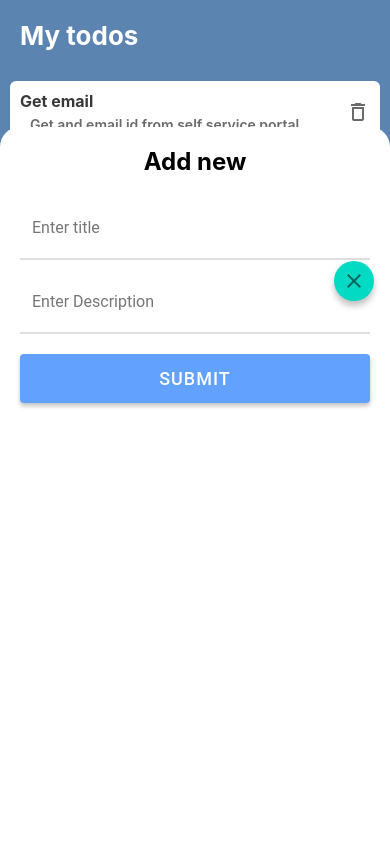
Repository: sadarsh216/Todo-App
Page: /, after clicking the first element matching `button.css-view-175oi2r`
An editor plug-in stored every save of this project. The page is shown before and after the next save, followed by the edit.
The browser window is 390 px wide. The pictures show the whole page.
The app was drawn by React Native's web renderer in a window 390 px wide. The project was rebuilt for these pictures with package versions that can differ from the ones it lists, and the page was loaded fresh each time.

Above is the page before, as saved 2021-10-09 14:47:11.

After the next save:
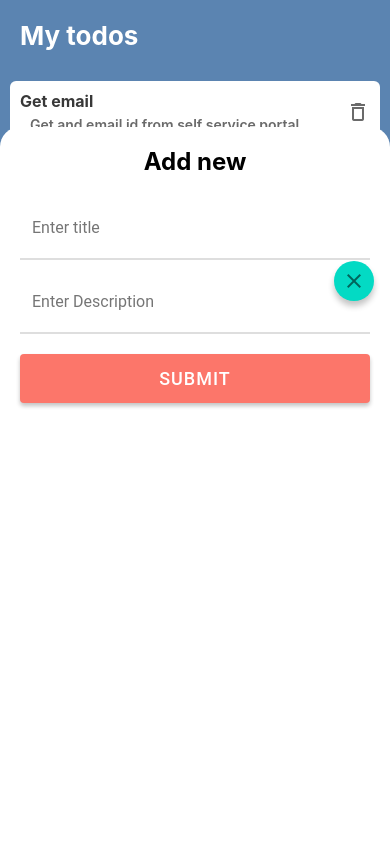
Saved 14 s later.
--- a/components/Modal.tsx
+++ b/components/Modal.tsx
@@ -2,6 +2,7 @@ import { Formik } from "formik";
 import React from "react";
 import { View, Text, StyleSheet, TouchableWithoutFeedback } from "react-native";
 import { Button, TextInput } from "react-native-paper";
+import { COLORS } from "../theme/Colors";
 
 export default function Modal() {
   return (
@@ -55,7 +56,7 @@ const styles = StyleSheet.create({
   submitBtn: {
     marginTop: 10,
     paddingVertical: 5,
-    backgroundColor: "#63a1ff",
+    backgroundColor: COLORS.secondary,
     elevation: 4,
   },
 });
